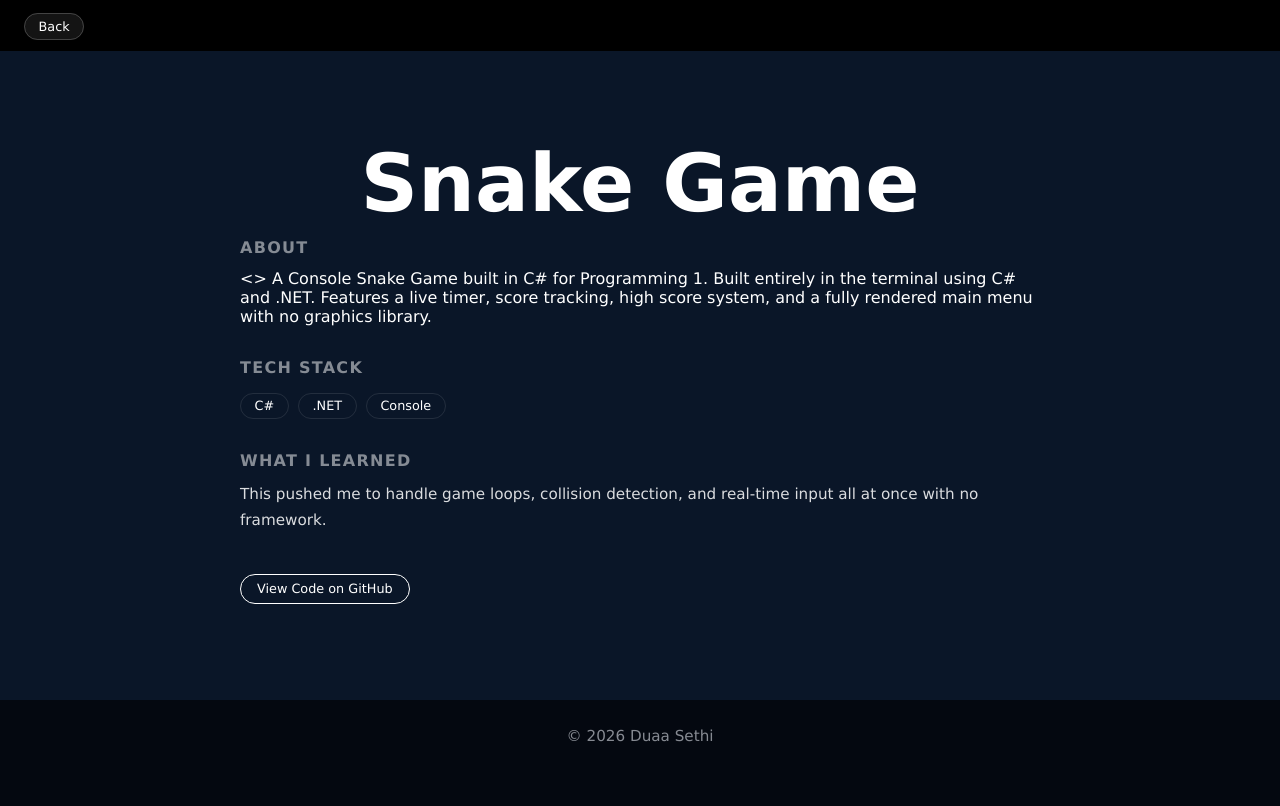
Repository: Duaa-Sethi/Duaa-Sethi
Page: pages/snake-game.html
These files come from the project's save history. The page is drawn as it stood at one moment and after the next save; the edit follows.
The browser window is 1280 px wide. The pictures show the whole page.
Some web fonts or font styles are not loaded; a fallback is used.

Above is the page before, as saved 2026-05-08 17:50:23.

After the next save:
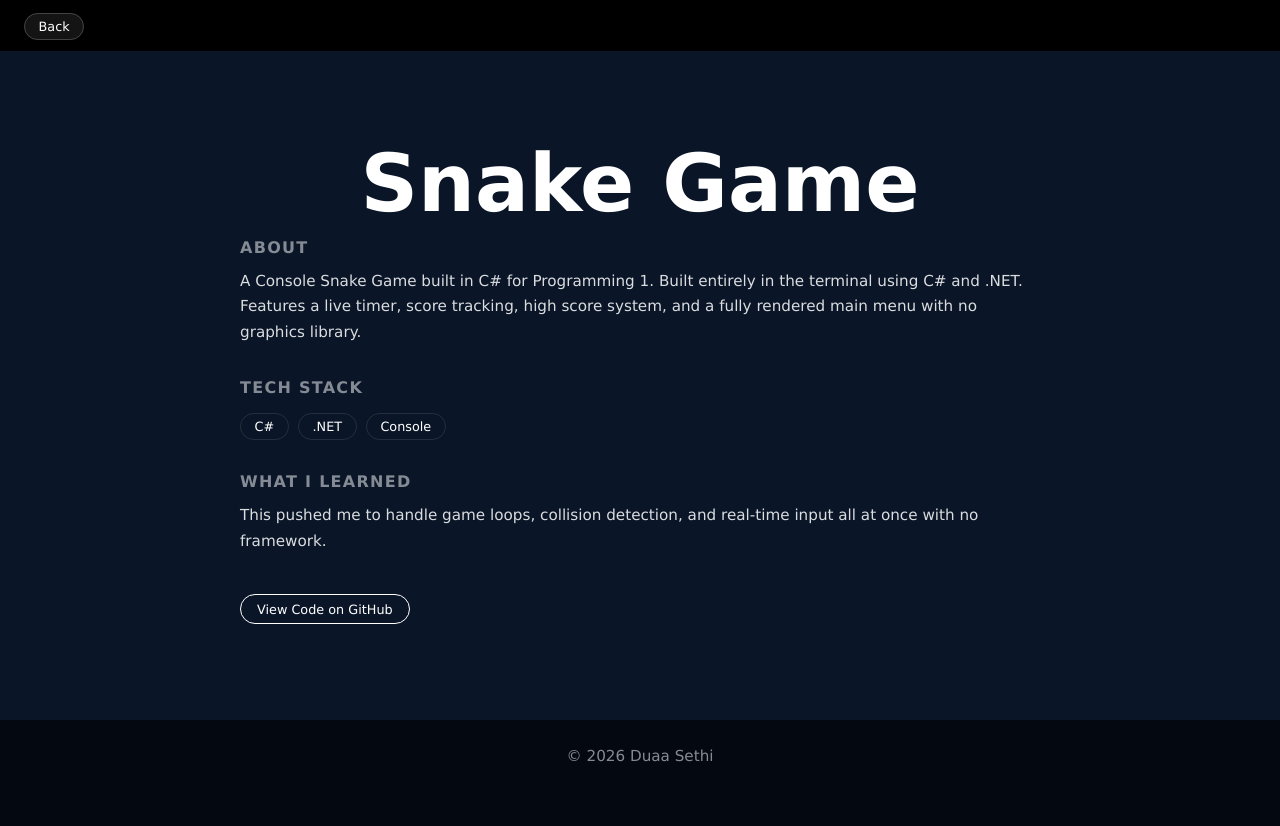
Saved 91 s later.
--- a/pages/snake-game.html
+++ b/pages/snake-game.html
@@ -17,13 +17,12 @@
     <main>
       <h1>Snake Game</h1>
 
-
       <h2>About</h2>
-      <>
-        A Console Snake Game built in C# for Programming 1.
-        Built entirely in the terminal using C# and .NET. Features a live timer,
-        score tracking, high score system, and a fully rendered main menu with
-        no graphics library.
+      <p>
+        A Console Snake Game built in C# for Programming 1. Built entirely in
+        the terminal using C# and .NET. Features a live timer, score tracking,
+        high score system, and a fully rendered main menu with no graphics
+        library.
       </p>
 
       <h2>Tech Stack</h2>
